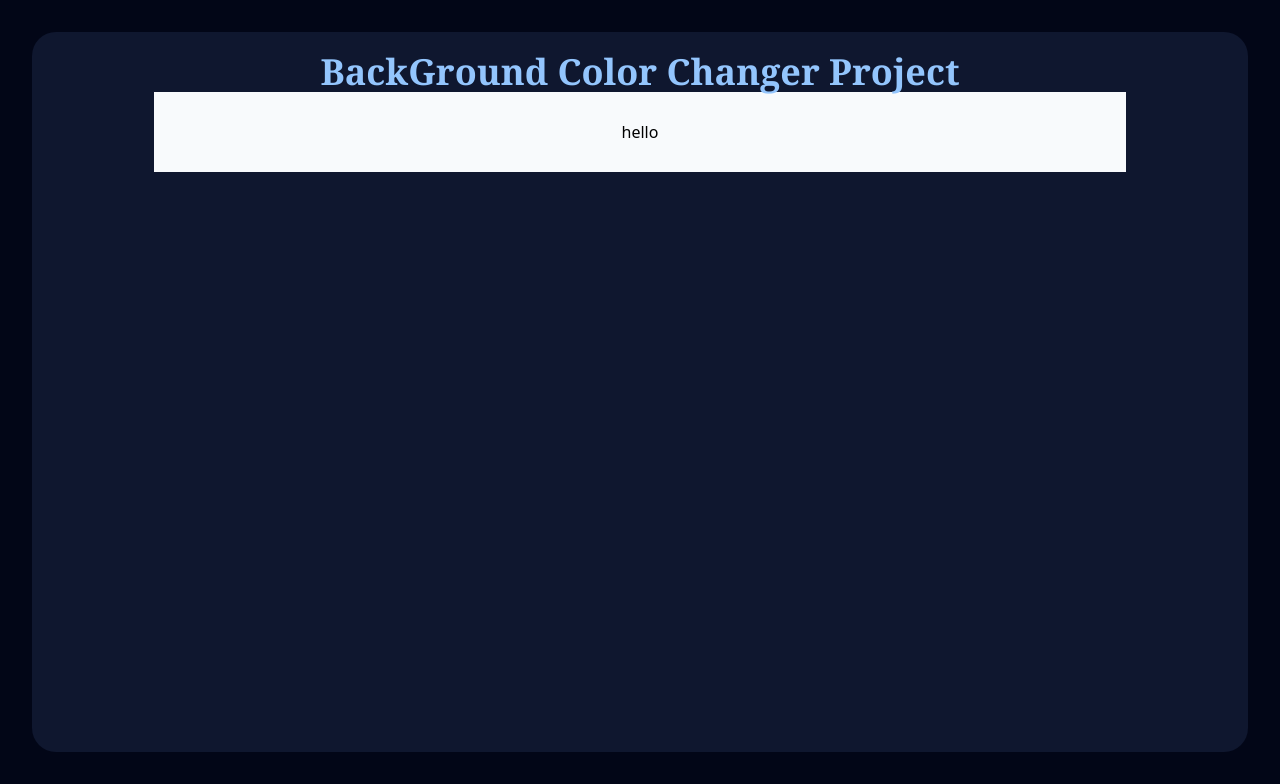
Repository: ChaitanyMishra/react-daily-work
Page: / (app in day-04-react/bg_color_changer/)
The author's editor kept a copy of each file at every save. The page is drawn from the files as they stood at one save, then again after the next save.
The browser window is 1280 px wide. The pictures show the whole page.
The project was rebuilt for these pictures with package versions that can differ from the ones it lists, and the page was loaded fresh each time. Also part of the build but not shown: day-04-react/bg_color_changer/vite.config.js.

Above is the page before, as saved 2025-06-20 17:07:13.

After the next save:
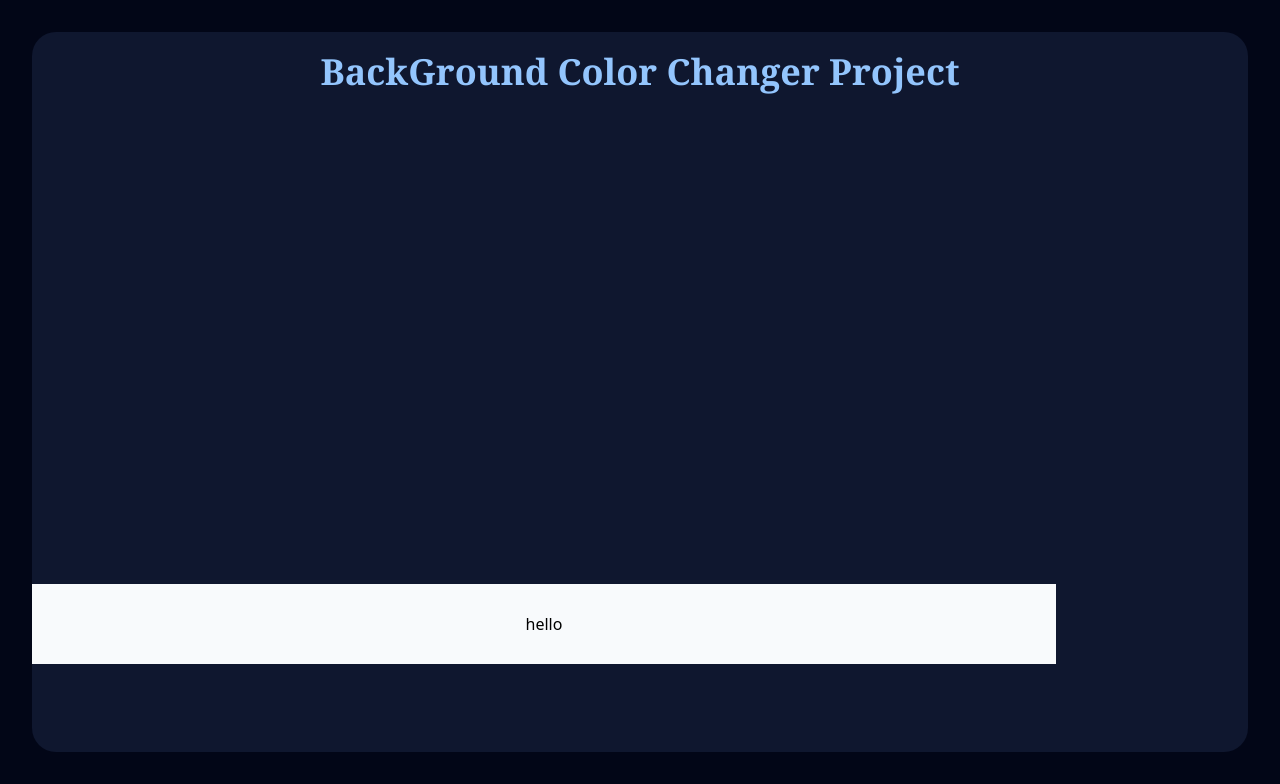
Saved 9 s later.
--- a/day-04-react/bg_color_changer/src/backGrounColorChanger/bgChange.jsx
+++ b/day-04-react/bg_color_changer/src/backGrounColorChanger/bgChange.jsx
@@ -1,6 +1,6 @@
 export default function ChangeBgColor(){
     return(
-        <div className=" h-[5rem] w-[80%] bg-slate-50 flex flex-wrap justify-center items-center m-auto bottom-14 ">
+        <div className=" h-[5rem] w-[80%] bg-slate-50 flex flex-wrap justify-center items-center m-auto bottom-14 fixed ">
             hello
         </div>
 
